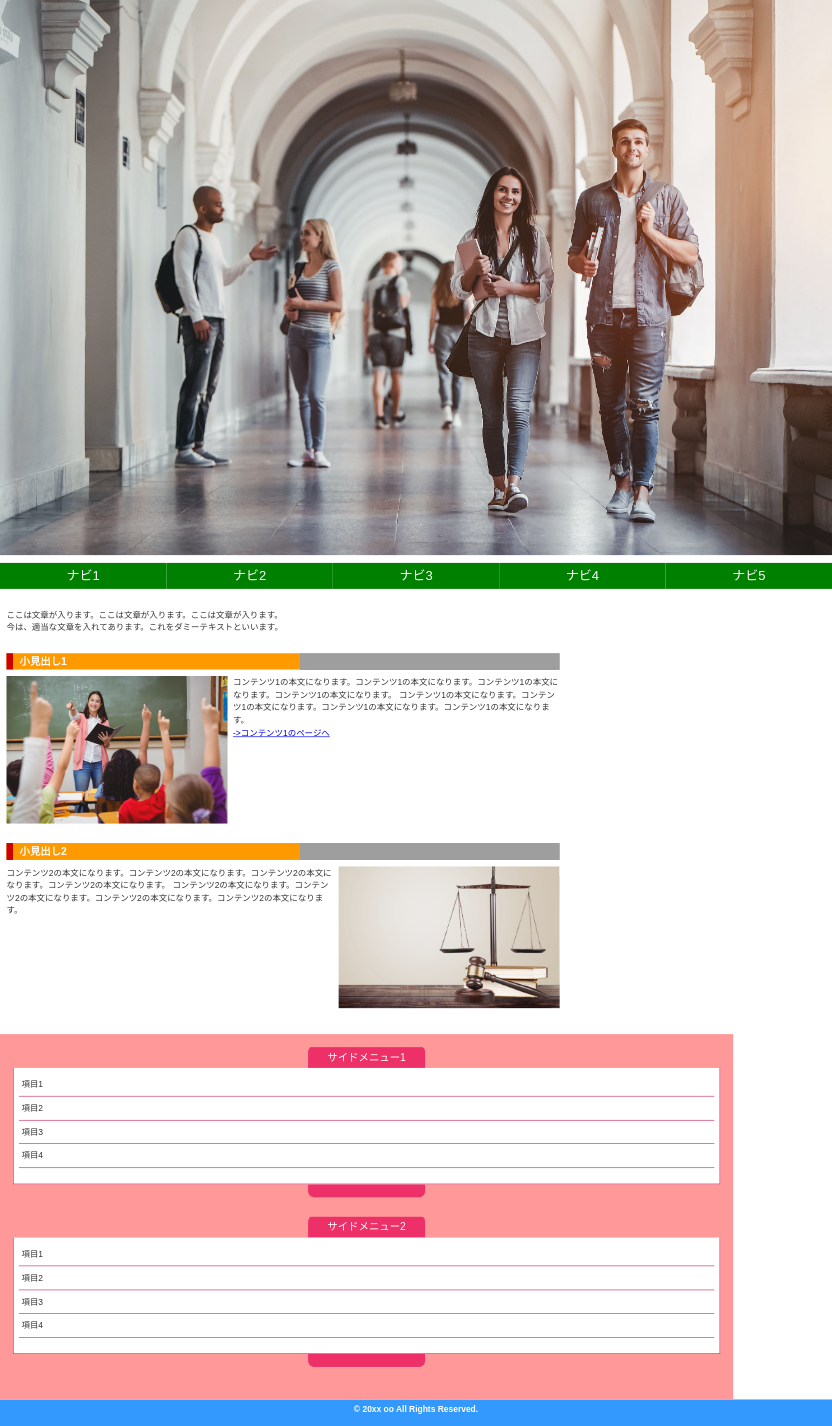
Repository: Thimblee/HTML-CSS-JS
Page: home.html
The author's editor kept a record of every edit. The page is drawn from the files as they stood at one moment, then again after the next edit.
The browser window is 1280 px wide. The pictures show the whole page, at 65% of full size.
Pictures or frames that could not be fetched are drawn as grey boxes.

Above is the page before.

### home.html
<!DOCTYPE html>
<html lang="ja">
    <head>
        <meta charset="UTF-8">
        <title>HTML/CSSの学習</title>
        <link rel="stylesheet" href="stylesheet.css">
    </head>
    <body>
        <div id="header">
            <h1><a href="index.html"><img id="corridor" src="images/corridor.jpg" alt="大学の廊下" /></a></h1>
        </div>
        <div id="wrapper">
            <div id="nav">
                <ul>
                    <li><a href="home.html">ナビ1</a></li>
                    <li><a href="#">ナビ2</a></li>
                    <li><a href="#">ナビ3</a></li>
                    <li><a href="#">ナビ4</a></li>
                    <li><a href="#">ナビ5</a></li>
                </ul>
            </div>
            <div id="container">
                <div id="main">
                    <div class="post">
                        <p>ここは文章が入ります。ここは文章が入ります。ここは文章が入ります。<br />今は、適当な文章を入れてあります。これをダミーテキストといいます。</p>
                    </div>
                    <div class="post clearfix">
                        <h2>小見出し1</h2>
                        <img class="left" src="images/classroom.jpg" alt="授業風景" />
                        <p>
                            コンテンツ1の本文になります。コンテンツ1の本文になります。コンテンツ1の本文になります。コンテンツ1の本文になります。
                            コンテンツ1の本文になります。コンテンツ1の本文になります。コンテンツ1の本文になります。コンテンツ1の本文になります。
                        </p>
                        <p><a href="#">->コンテンツ1のページへ</a></p>
                    </div>
                    <div class="post clearfix">
                        <h2>小見出し2</h2>
                        <img class="right" src="images/scale.jpg" alt="天秤" />
                        <p>
                            コンテンツ2の本文になります。コンテンツ2の本文になります。コンテンツ2の本文になります。コンテンツ2の本文になります。
                            コンテンツ2の本文になります。コンテンツ2の本文になります。コンテンツ2の本文になります。コンテンツ2の本文になります。
                        </p>
                    </div>
                </div>
            </div>
            <div id="side">
                <div class="box">
                    <h2>サイドメニュー1</h2>
                    <div class="boxBody">
                        <ul>
                            <li>項目1</li>
                            <li>項目2</li>
                            <li>項目3</li>
                            <li>項目4</li>
                        </ul>
                    </div>
                </div>
                <div class="box">
                    <h2>サイドメニュー2</h2>
                    <div class="boxBody">
                        <ul>
                            <li>項目1</li>
                            <li>項目2</li>
                            <li>項目3</li>
                            <li>項目4</li>
                        </ul>
                    </div>
                </div>
            </div>
        </div>
        <div id="footer">
            <p>&copy; 20xx oo All Rights Reserved.</p>
        </div>
    </body>
</html>

### stylesheet.css
@charset "utf-8";

body {
    margin: 0;
    padding: 0;
    font-family: "ヒラギノ角ゴ Pro W3", "Hiragino Kaku Gothic Pro", "メイリオ", Meiryo, Osaka, "ＭＳ Ｐゴシック", "MS PGothic", sans-serif;
    color: #333;
    font-size: 13px;
    line-height: 150%
}

/* -------------------- wrapper -------------------- */
#wrapper {
    width: 100%;
    margin: auto;
    padding: 0px;
    border: 0px;
    background-color: #FFF;
    top: 10px;
    position: relative;
}

/* -------------------- header -------------------- */
#header {
    width: 100%;
}
#header h1 {
    margin: 0;
    padding: 0;
}

#corridor {
    width: 100%;
    height: auto;
}

/* -------------------- footer -------------------- */
#footer {
    clear: both;
    width: 100%;
    padding: 3px 0 3px 0;
    background: #39F;
    color: #FFF;
    font-weight: bold;
    text-align: center;
}

/* -------------------- nav -------------------- */
#nav {
    width: 100%;
}
#nav ul {
    display: flex;
    margin: 0;
    padding: 0;
    list-style-type: none;
}
#nav ul li {
    width: 20%;
    text-align: center;
}
#nav ul li a {
    display: block;
    height: 20px;
    margin: 0;
    padding: 10px;
    color: #FFF;
    font-size: 20px;
    text-decoration: none;
    background-color: green;
}

#nav ul li a:hover {
    filter: drop-shadow(10px 10px 10px black);
}

/* -------------------- container -------------------- */
#container {
    width: 100%;
    margin: auto;
    padding: auto;
    padding-top: 20px;
    clear: both;
    display: grid;
    grid-template-columns: 70vw 30vw;
}
/* -------------------- main -------------------- */
#main {
    width: 95%;
    padding: 10px 30px 10px 10px;
}
#main h2 {
    margin: 0 0 10px 0;
    padding: 3px 10px 3px 10px;
    color: #FFF;
    font-size: 16px;
    border-left: solid 10px #C00;
    background: #F90 url(../images/main_h2.jpg) right top repeat-y;
}
#main p {
    margin: 0;
    padding: 0;
}
#main .post {
    margin: 0 0 30px 0;
}

#main .post img.right {
    margin: 0 0 0 8px;
}
#main .post img.left {
    margin: 0 8px 0 0;
}

.right {
    float: right;
    width: 40%;
    height: auto;
}
.left {
    float: left;
    width: 40%;
    height: auto;
}

/* -------------------- clearfix -------------------- */
.clearfix {
    zoom: 1;
}
.clearfix:after {
    content: "";
    display: block;
    clear: both;
}

/* -------------------- side -------------------- */
#side {
    width: 85%;
    padding: 20px;
    background-color: #F99;
}
#side .box {
    margin: 0 auto 30px auto;
    padding: 0 0 20px 0;
    background: url(images/side_box.png) bottom no-repeat;
}
#side .box h2 {
    margin: 0;
    padding: 8px;
    text-align: center;
    color: #fff;
    font-size: 16px;
    line-height: 16px;
    font-weight: normal;
    background: url(images/side_box_h2.png) center no-repeat;
}
#side .box .boxBody {
    padding: 8px;
    border-right: solid 1px #C36;
    border-bottom: solid 1px #C36;
    border-left: solid 1px #C36;
    background: #fff;
}
#side .box .boxBody ul {
    margin: 0 0 16px 0;
    padding: 0;
}
#side .box .boxBody ul li {
    padding: 8px 0 8px 4px;
    list-style: none;
    border-bottom: solid 1px #C36;
}

#side .box .boxBody ul li:hover {
    padding: 8px 0 8px 4px;
    list-style: none;
    border-bottom: solid 1px #C36;
    box-shadow: 0px 4px 4px rgba(0, 0, 0, 0.3);
}

After the next edit:
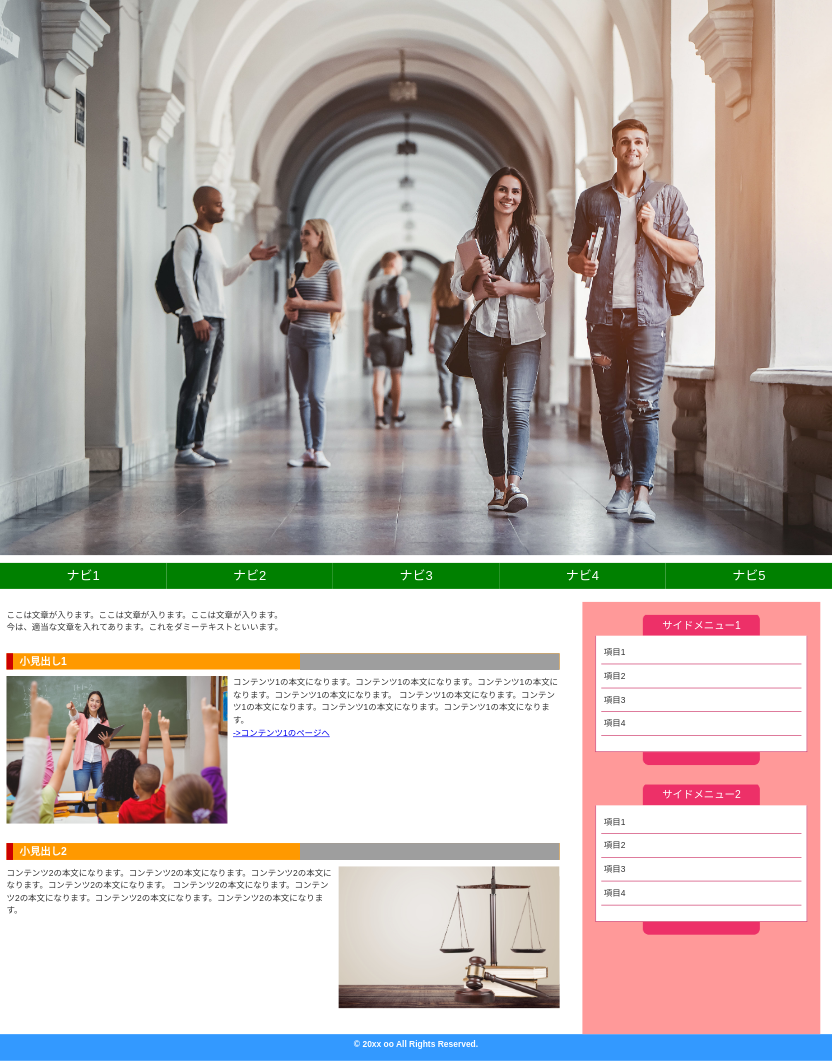
The edit:
--- a/home.html
+++ b/home.html
@@ -42,28 +42,28 @@
                         </p>
                     </div>
                 </div>
-            </div>
-            <div id="side">
-                <div class="box">
-                    <h2>サイドメニュー1</h2>
-                    <div class="boxBody">
-                        <ul>
-                            <li>項目1</li>
-                            <li>項目2</li>
-                            <li>項目3</li>
-                            <li>項目4</li>
-                        </ul>
+                <div id="side">
+                    <div class="box">
+                        <h2>サイドメニュー1</h2>
+                        <div class="boxBody">
+                            <ul>
+                                <li>項目1</li>
+                                <li>項目2</li>
+                                <li>項目3</li>
+                                <li>項目4</li>
+                            </ul>
+                        </div>
                     </div>
-                </div>
-                <div class="box">
-                    <h2>サイドメニュー2</h2>
-                    <div class="boxBody">
-                        <ul>
-                            <li>項目1</li>
-                            <li>項目2</li>
-                            <li>項目3</li>
-                            <li>項目4</li>
-                        </ul>
+                    <div class="box">
+                        <h2>サイドメニュー2</h2>
+                        <div class="boxBody">
+                            <ul>
+                                <li>項目1</li>
+                                <li>項目2</li>
+                                <li>項目3</li>
+                                <li>項目4</li>
+                            </ul>
+                        </div>
                     </div>
                 </div>
             </div>
